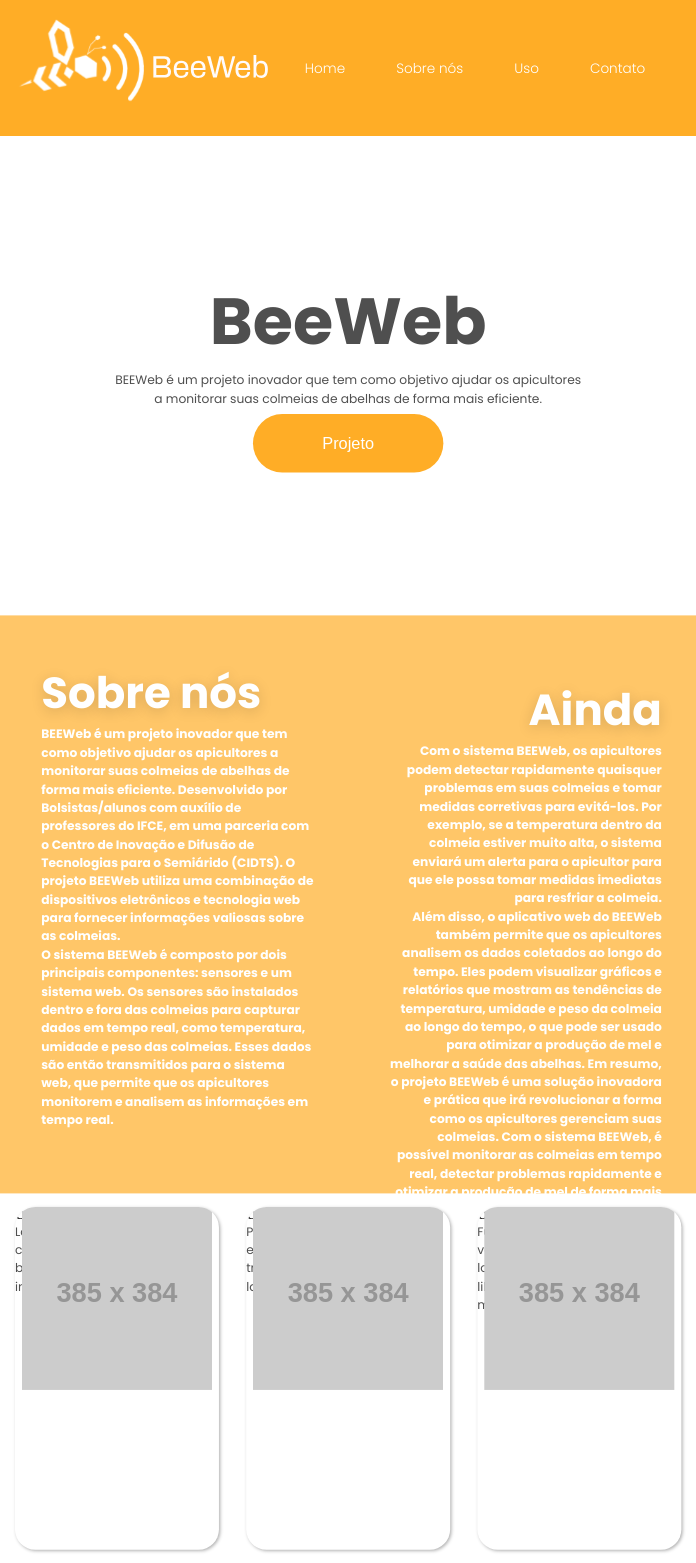
Repository: CCG-web/beeweb
Page: /
The author's editor kept a copy of each file at every save. The page is drawn from the files as they stood at one save, then again after the next save.
The browser window is 1024 px wide. The pictures show the whole page, at 68% of full size.
The project was rebuilt for these pictures with package versions that can differ from the ones it lists, and the page was loaded fresh each time.

Above is the page before, as saved 2023-05-04 13:47:21.

After the next save:
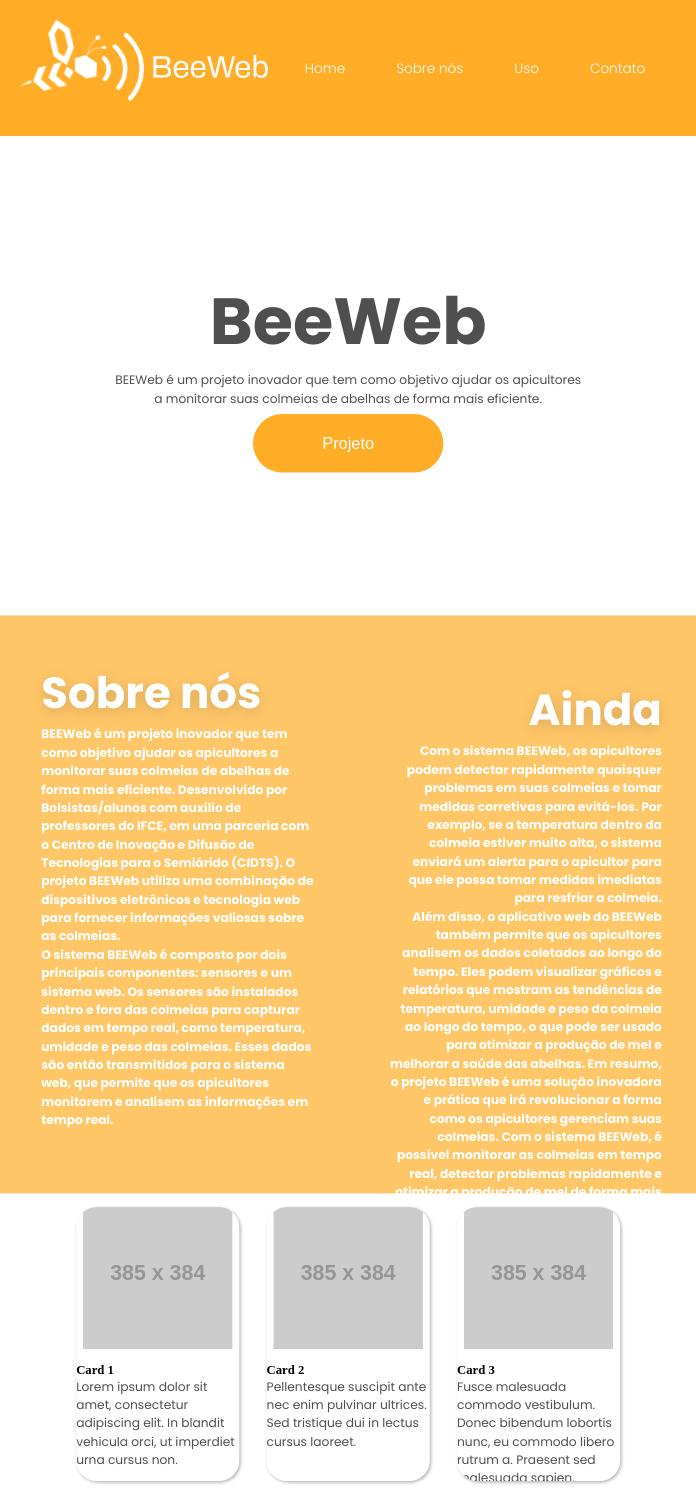
Saved 13 s later.
--- a/src/components/Cards.css
+++ b/src/components/Cards.css
@@ -35,7 +35,7 @@
   z-index: -1;
 }
 
-/* @media (max-width: 1100px) {
+@media (max-width: 1100px) {
 
   .card {
     width: 240px;
@@ -65,7 +65,7 @@
 
 h3 {
   margin-top: 95%;
-} */
+}
 
 
 
